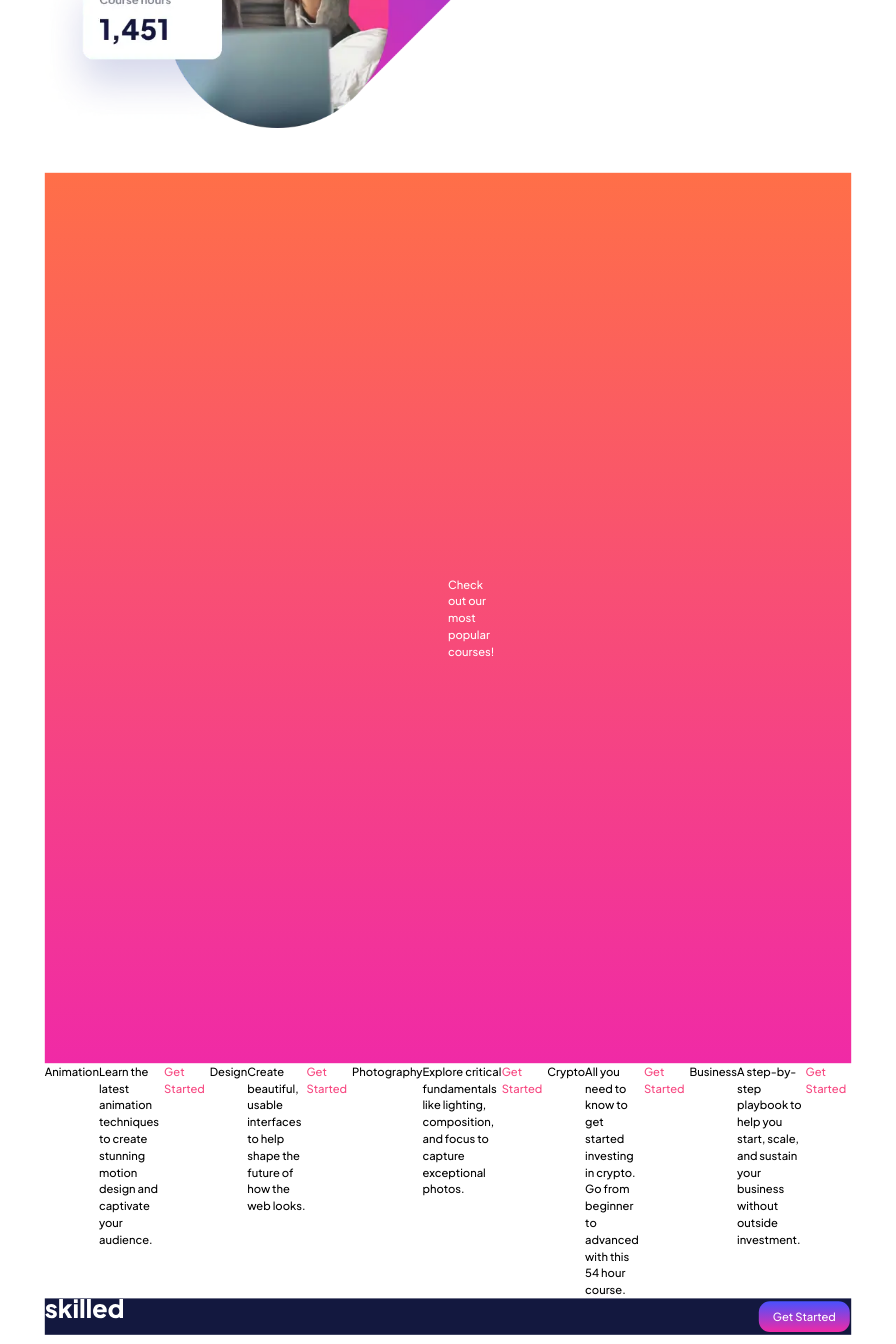
Repository: blordeus/Skilled-e-learning-landing-page
Page: index.html
The author's editor kept a copy of each file at every save. The page is drawn from the files as they stood at one save, then again after a run of saves.
The browser window is 1280 px wide. The pictures show the part of the page from y = 977 to 2897 px (the page is 2948 px tall before and 1700 px after), at 70% of full size.

Above is the page before, as saved 2023-06-17 20:22:28.

After the next 2 saves:
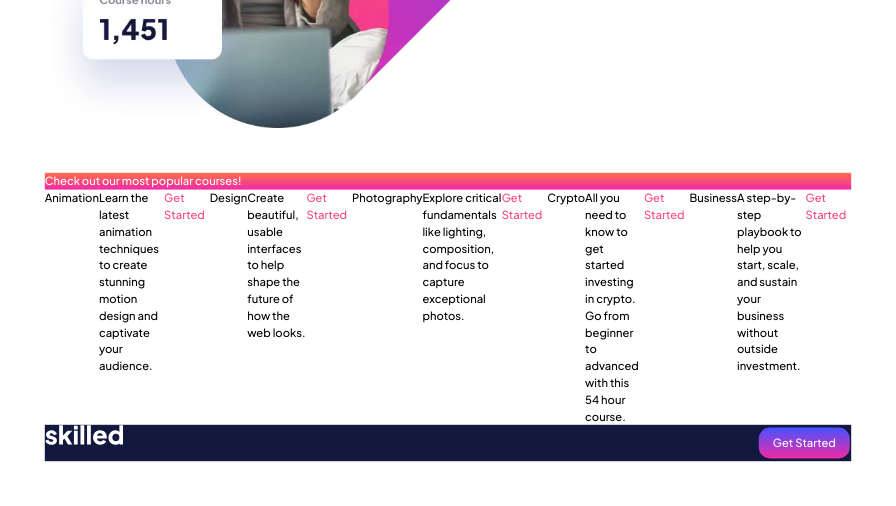
The 2 saves are shown as one change because they came seconds apart.
The last was saved 14 s later.
--- a/style.css
+++ b/style.css
@@ -2,10 +2,8 @@
 
 .popular-bg{
     background: linear-gradient(to bottom, #FF6F48, #F02AA6);
-    padding: 50%;
     text-align: start;
     color: white;
-    display: grid;
 }
 
 .button {
